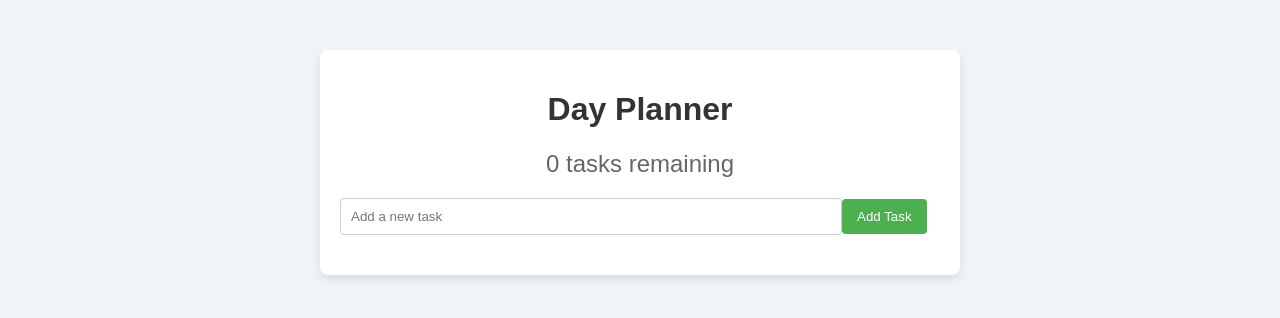
Repository: madelinestruthers/shema-lab04
Page: /
An editor plug-in stored every save of this project. The page is shown before and after the next save, followed by the edit.
The browser window is 1280 px wide. The pictures show the whole page.
The project was rebuilt for these pictures with package versions that can differ from the ones it lists, and the page was loaded fresh each time. Also part of the build but not shown: src/components/Task.jsx.

Above is the page before, as saved 2024-10-20 19:57:23.

After the next save:
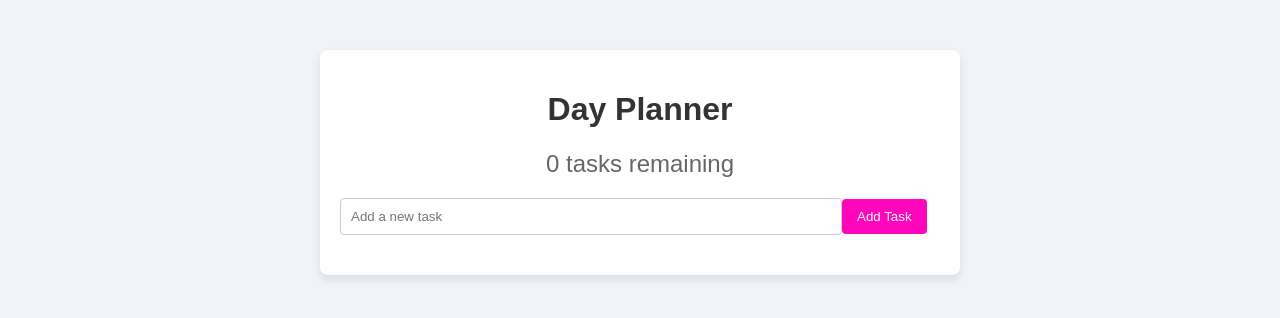
Saved 11 s later.
--- a/src/index.css
+++ b/src/index.css
@@ -68,7 +68,7 @@ input[type="text"] {
 }
 
 button {
-  background-color: #4caf50;
+  background-color: #ff05bc;
   color: white;
   border: none;
   padding: 10px 15px;
